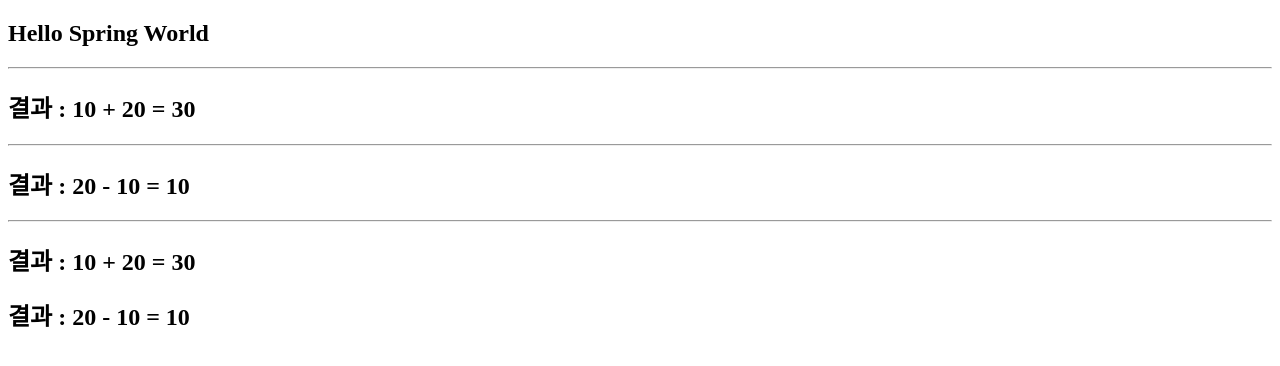
Repository: wjsjsn/23_springstudy
Page: http://localhost/Spring_DI/
These files come from the project's save history. The page is drawn as it stood at one moment and after the next save; the edit follows.
The browser window is 1280 px wide. The pictures show the whole page.
The page is served by Tomcat 9. Other server files are loaded and not shown.

Above is the page before, as saved 2023-07-25 08:45:22.

### Spring_DI/src/main/webapp/index.jsp
<%@page import="ex07_web_DI.MyCalc"%>
<%@page import="org.springframework.web.context.support.WebApplicationContextUtils"%>
<%@page import="org.springframework.web.context.WebApplicationContext"%>
<%@page import="ex06_web_DI.HelloImpl"%>
<%@page
	import="org.springframework.context.support.GenericXmlApplicationContext"%>
<%@page import="org.springframework.context.ApplicationContext"%>
<%@ page language="java" contentType="text/html; charset=UTF-8"
	pageEncoding="UTF-8"%>
<!DOCTYPE html>
<html>
<head>
<meta charset="UTF-8">
<title>Insert title here</title>
</head>
<body>
	<%--
	// 자바 main에서 사용한 내용 그대로 코딩
	ApplicationContext context =
		new GenericXmlApplicationContext("ex06_web_DI/config.xml");

	HelloImpl hello = (HelloImpl)context.getBean("hello");
	String msg = hello.sayHello();
	out.println("<h2>" + msg + "</h2>");
	--%>

	<%
	// config.xml => 환경설정 파일 => web에서는 /WEB-INF/spring/root-context.xml
	// => application으로 정해져있음

	WebApplicationContext context =
		WebApplicationContextUtils.getWebApplicationContext(application);

	HelloImpl hello = (HelloImpl)context.getBean("hello");
	String msg = hello.sayHello();
	out.println("<h2>" + msg + "</h2><hr>");

	MyCalc mc = (MyCalc)context.getBean("mycalc");
	int result = mc.plus(10, 20);
	out.println("<h2> 결과 : 10 + 20 = " + result + "</h2><hr>");
	pageContext.setAttribute("result", result);

	mc.minus(20, 10);
	int result2 = mc.getResult();
	out.println("<h2> 결과 : 20 - 10 = " + result2 + "</h2>");
	pageContext.setAttribute("result2", result2);
	%>
	<hr>

	<h2>결과 : 10 + 20 = ${result}</h2>
	<h2>결과 : 20 - 10 = ${result2}</h2>
</body>
</html>

After the next save:
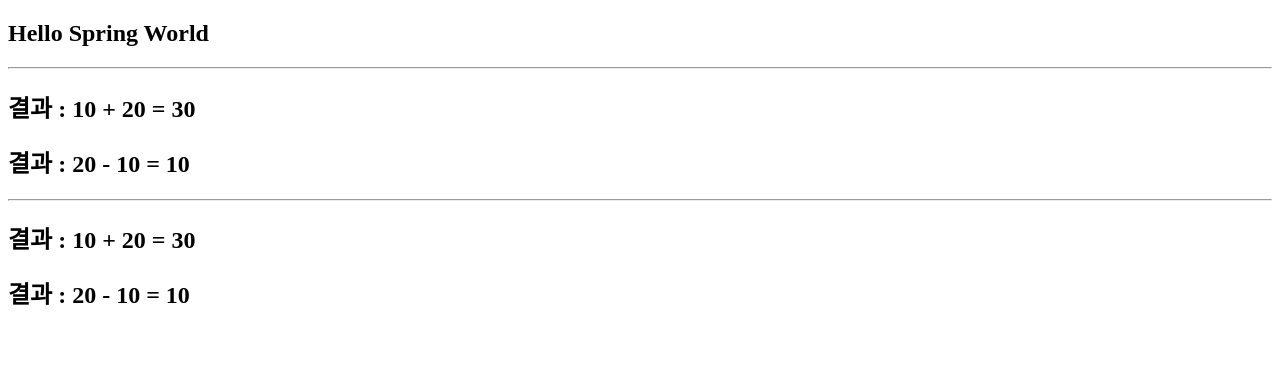
Saved 25 s later.
--- a/Spring_DI/src/main/webapp/index.jsp
+++ b/Spring_DI/src/main/webapp/index.jsp
@@ -37,7 +37,7 @@
 
 	MyCalc mc = (MyCalc)context.getBean("mycalc");
 	int result = mc.plus(10, 20);
-	out.println("<h2> 결과 : 10 + 20 = " + result + "</h2><hr>");
+	out.println("<h2> 결과 : 10 + 20 = " + result + "</h2>");
 	pageContext.setAttribute("result", result);
 
 	mc.minus(20, 10);
